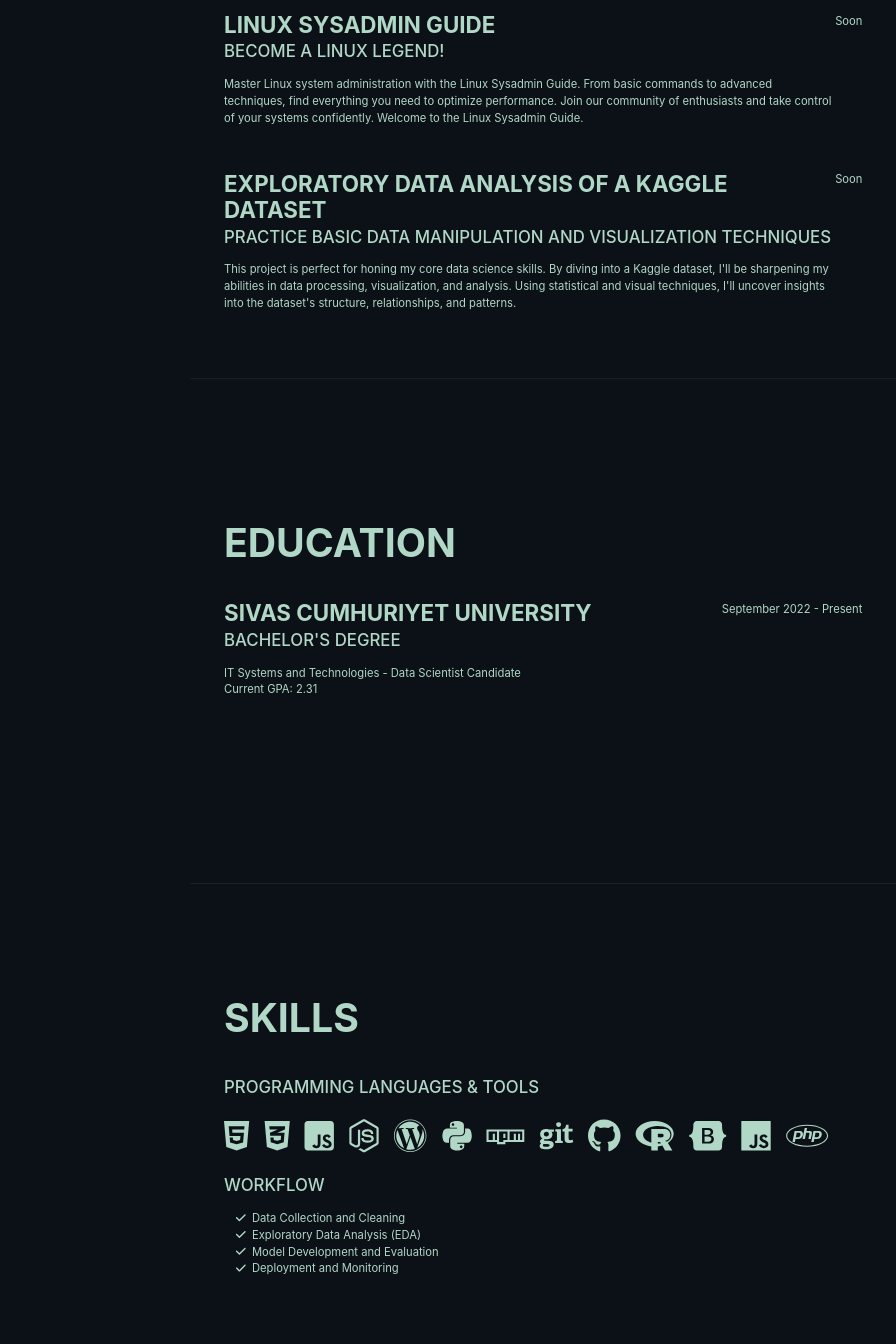
Repository: karsterr/karsterr.github.io
Page: index.html
The author's editor kept a copy of each file at every save. The page is drawn from the files as they stood at one save, then again after the next save.
The browser window is 1280 px wide. The pictures show the part of the page from y = 1391 to 3311 px (the page is 4096 px tall before and 4009 px after), at 70% of full size.
Some web fonts or font styles are not loaded; a fallback is used. Some web libraries are served in a nearby version.

Above is the page before, as saved 2024-05-28 16:32:00.

### index.html
<!DOCTYPE html>
<html lang="en">
    <head>
        <meta charset="utf-8"/>
        <meta name="viewport" content="width=device-width, initial-scale=1, shrink-to-fit=no"/>
        <meta name="description" content=""/>
        <meta name="author" content=""/>
        <title>Efe Can Kara</title>
        <link rel="icon" type="image/x-icon" href="assets/img/KARSTERR.png"/>
        <script src="https://use.fontawesome.com/releases/v6.3.0/js/all.js" crossorigin="anonymous"></script>
        <link href="css/theme.css" rel="stylesheet" type="text/css">
        <link href="https://fonts.googleapis.com/css?family=Saira+Extra+Condensed:500,700" rel="stylesheet" type="text/css"/>
        <link href="https://fonts.googleapis.com/css?family=Muli:400,400i,800,800i" rel="stylesheet" type="text/css"/>
        <link href="css/styles.css" rel="stylesheet"/>
    </head>
    <body id="page-top">
        <!-- Navigation-->
        <nav class="navbar navbar-expand-lg navbar-dark bg-primary fixed-top" id="sideNav"><a class="navbar-brand js-scroll-trigger" href="#page-top"> <span class="d-block d-lg-none">Efe Can Kara</span> <span class="d-none d-lg-block"><img class="img-fluid img-profile rounded-circle mx-auto mb-2" src="assets/img/KARSTERR.png" alt="..."/></span> </a>
            <button class="navbar-toggler" type="button" data-bs-toggle="collapse" data-bs-target="#navbarResponsive" aria-controls="navbarResponsive" aria-expanded="false" aria-label="Toggle navigation">
                <span class="navbar-toggler-icon"></span>
            </button>
            <div class="collapse navbar-collapse" id="navbarResponsive">
                <ul class="navbar-nav">
                    <li class="nav-item">
                        <a class="nav-link js-scroll-trigger" href="#about">About</a>
                    </li>
                    <li class="nav-item">
                        <a class="nav-link js-scroll-trigger" href="#projects">Projects</a>
                    </li>
                    <li class="nav-item">
                        <a class="nav-link js-scroll-trigger" href="#education">Education</a>
                    </li>
                    <li class="nav-item">
                        <a class="nav-link js-scroll-trigger" href="#skills">Skills</a>
                    </li>
                    <li class="nav-item">
                        <a class="nav-link js-scroll-trigger" href="#interests">Interests</a>
                    </li>
                </ul>
            </div>
        </nav>
        <!-- Page Content-->
        <div class="container-fluid p-0">
            <!-- About-->
            <section class="resume-section" id="about">
                <div class="resume-section-content">
                    <h1 class="mb-0">
                        Efe Can <span class="text-primary">Kara</span> </h1>
                    <div class="subheading mb-5">
                        Cumhuriyet Quarter ·  2nd Menekse Street · +90 (531) 454 0564 ·<a href="mailto:name@email.com">efecan_kara@tuta.io</a>
                    </div>
                    <p class="lead mb-5">Experienced Linux enthusiast with a passion for leveraging data to drive insights and innovation. Over the past five years, I've honed my skills in system configuration and troubleshooting, alongside mastering programming languages such as Python and C. My journey into the realms of IoT and data science has fueled my desire to make meaningful contributions in these dynamic fields. As a data scientist, I thrive on extracting actionable insights from complex datasets, employing techniques ranging from statistical analysis to machine learning algorithms. My proficiency in Python enables me to develop robust data pipelines, implement predictive models, and deploy scalable solutions. From kernel configuration to advanced analytics, I'm committed to pushing the boundaries of what's achievable, delivering impactful results at every turn. With a solid foundation in Linux systems and programming, I'm poised to apply my expertise to tackle the challenges of IoT and artificial intelligence. My ultimate goal is to harness the power of data to drive innovation and shape the future of technology.</p>
                    <div class="social-icons"><a target="_blank" class="social-icon" href="https://www.linkedin.com/in/karsterr/"><i class="fab fa-linkedin-in"></i></a><a target="_blank" class="social-icon" href="https://github.com/karsterr"><i class="fab fa-github"></i></a><a target="_blank" class="social-icon" href="https://www.instagram.com/karsterr_/"><i class="fab fa-instagram"></i></a>
                    </div>
                </div>
            </section>
            <hr class="m-0"/>
            <!-- Projects-->
            <section class="resume-section" id="projects">
                <div class="resume-section-content">
                    <h2 class="mb-5">Projects</h2>
                    <div class="d-flex flex-column flex-md-row justify-content-between mb-5">
                        <div class="flex-grow-1">
                            <h3 class="mb-0">KARSTERR's Tech Blog</h3>
                            <div class="subheading mb-3">Blog Site</div>
                            <p>Explore the latest in tech with KARSTERR's Tech Blog. Find reviews, guides, and analyses to stay ahead of the curve. Join our community of enthusiasts and unlock the full potential of innovation. Welcome to KARSTERR's Tech Blog.</p>
                        </div>
                        <div class="flex-shrink-0">
                            <span class="text-primary">May 2024 - Present</span>
                        </div>
                    </div>
                    <div class="d-flex flex-column flex-md-row justify-content-between mb-5">
                        <div class="flex-grow-1">
                            <h3 class="mb-0">Data Science Guide</h3>
                            <div class="subheading mb-3">Data Science Beginner's Guide</div>
                            <p>Explore the Data Science Guide for mastering data analysis techniques. Join our community and unlock the full potential of data science!</p>
                        </div>
                        <div class="flex-shrink-0">
                            <span class="text-primary">Soon</span>
                        </div>
                    </div>
                    <div class="d-flex flex-column flex-md-row justify-content-between mb-5">
                        <div class="flex-grow-1">
                            <h3 class="mb-0">Linux Sysadmin Guide</h3>
                            <div class="subheading mb-3">Become a Linux Legend!</div>
                            <p>Master Linux system administration with the Linux Sysadmin Guide. From basic commands to advanced techniques, find everything you need to optimize performance. Join our community of enthusiasts and take control of your systems confidently. Welcome to the Linux Sysadmin Guide.</p>
                        </div>
                        <div class="flex-shrink-0">
                            <span class="text-primary">Soon</span>
                        </div>
                    </div>
                    <div class="d-flex flex-column flex-md-row justify-content-between">
                        <div class="flex-grow-1">
                            <h3 class="mb-0">Exploratory Data Analysis of a Kaggle Dataset</h3>
                            <div class="subheading mb-3">Practice basic data manipulation and visualization techniques</div>
                            <p>This project is perfect for honing my core data science skills. By diving into a Kaggle dataset, I'll be sharpening my abilities in data processing, visualization, and analysis. Using statistical and visual techniques, I'll uncover insights into the dataset's structure, relationships, and patterns.</p>
                        </div>
                        <div class="flex-shrink-0">
                            <span class="text-primary">Soon</span>
                        </div>
                    </div>
                </div>
            </section>
            <hr class="m-0"/>
            <!-- Education-->
            <section class="resume-section" id="education">
                <div class="resume-section-content">
                    <h2 class="mb-5">Education</h2>
                    <div class="d-flex flex-column flex-md-row justify-content-between mb-5">
                        <div class="flex-grow-1">
                            <h3 class="mb-0">Sivas Cumhuriyet University</h3>
                            <div class="subheading mb-3">Bachelor's Degree</div>
                            <div style="color: #b1d7c6;">IT Systems and Technologies - Data Scientist Candidate</div>
                            <p>Current GPA: 2.31</p>
                        </div>
                        <div class="flex-shrink-0">
                            <span class="text-primary">September 2022 - Present</span>
                        </div>
                    </div>
                </div>
            </section>
            <hr class="m-0"/>
            <!-- Skills-->
            <section class="resume-section" id="skills">
                <div class="resume-section-content" style="color: #b1d7c6;">
                    <h2 class="mb-5">Skills</h2>
                    <div class="subheading mb-3" style="color: #b1d7c6;">Programming Languages & Tools</div>
                    <ul class="list-inline dev-icons" style="color: #b1d7c6;">
                        <li class="list-inline-item">
                            <i class="fab fa-html5"></i>
                        </li>
                        <li class="list-inline-item">
                            <i class="fab fa-css3-alt"></i>
                        </li>
                        <li class="list-inline-item">
                            <i class="fab fa-js-square"></i>
                        </li>
                        <li class="list-inline-item">
                            <i class="fab fa-node-js"></i>
                        </li>
                        <li class="list-inline-item">
                            <i class="fab fa-wordpress"></i>
                        </li>
                        <li class="list-inline-item">
                            <i class="fab fa-python"></i>
                        </li>
                        <li class="list-inline-item">
                            <i class="fab fa-npm"></i>
                        </li>
                        <li class="list-inline-item">
                            <i class="fab fa-git"></i>
                        </li>
                        <li class="list-inline-item">
                            <i class="fab fa-github"></i>
                        </li>
                        <li class="list-inline-item">
                            <i class="fab fa-r-project"></i>
                        </li>
                        <li class="list-inline-item">
                            <i class="fab fa-bootstrap"></i>
                        </li>
                        <li class="list-inline-item">
                            <i class="fab fa-js"></i>
                        </li>
                        <li class="list-inline-item">
                            <i class="fab fa-php"></i>
                        </li>
                    </ul>
                </ul>
                <div class="subheading mb-3" style="color: #b1d7c6;">Workflow</div>
                <ul class="fa-ul mb-0">
                    <li><span class="fa-li"><i class="fas fa-check" style="color: #b1d7c6;"></i></span>
                        Data Collection and Cleaning
                    </li>
                    <li><span class="fa-li" style="color: #b1d7c6;"><i class="fas fa-check"></i></span>
                        Exploratory Data Analysis (EDA)
                    </li>
                    <li><span class="fa-li"><i class="fas fa-check" style="color: #b1d7c6;"></i></span>
                        Model Development and Evaluation
                    </li>
                    <li><span class="fa-li"><i class="fas fa-check" style="color: #b1d7c6;"></i></span>
                        Deployment and Monitoring
                    </li>
                </ul>
        </div>
    </section>
    <hr class="m-0"/>
    <!-- Interests-->
    <section class="resume-section" id="interests" style="color: #b1d7c6;">
        <div class="resume-section-content">
            <h2 class="mb-5">Interests</h2>
            <li class="list-inline-item">
                <i class="fas fa-code fa-2x"></i>
            </li>
            <li class="list-inline-item">
                <i class="fas fa-gamepad fa-2x"></i>
            </li>
            <li class="list-inline-item">
                <i class="fas fa-guitar fa-2x"></i>
            </li>
            <li class="list-inline-item">
                <i class="fas fa-campground fa-2x"></i>
            </li>
            <p>My interests span programming, gaming, bass guitar, and camping. Programming fuels my creativity and problem-solving, gaming offers immersive experiences, bass guitar lets me express myself musically, and camping connects me with nature and adventure.</p>
        </div>
    </section>
    <hr class="m-0"/>
    <!-- Bootstrap core JS-->
    <script src="https://cdn.jsdelivr.net/npm/bootstrap@5.2.3/dist/js/bootstrap.bundle.min.js"></script>
    <!-- Core theme JS-->
    <script src="js/scripts.js"></script>
</body>

### css/theme.css

/*! normalize.css v8.0.1 | MIT License | github.com/necolas/normalize.css */html{line-height:1.15;-webkit-text-size-adjust:100%;}body{margin:0;}main{display:block;}h1{font-size:2em;margin:.67em 0;}hr{box-sizing:content-box;height:0;overflow:visible;}pre{font-family:monospace,monospace;font-size:1em;}a{background-color:transparent;}abbr[title]{border-bottom:none;text-decoration:underline;text-decoration:underline dotted;}b,strong{font-weight:bolder;}code,kbd,samp{font-family:monospace,monospace;font-size:1em;}small{font-size:80%;}sub,sup{font-size:75%;line-height:0;position:relative;vertical-align:baseline;}sub{bottom:-.25em;}sup{top:-.5em;}img{border-style:none;}button,input,optgroup,select,textarea{font-family:inherit;font-size:100%;line-height:1.15;margin:0;}button,input{overflow:visible;}button,select{text-transform:none;}[type=button],[type=reset],[type=submit],button{-webkit-appearance:button;}[type=button]::-moz-focus-inner,[type=reset]::-moz-focus-inner,[type=submit]::-moz-focus-inner,button::-moz-focus-inner{border-style:none;padding:0;}[type=button]:-moz-focusring,[type=reset]:-moz-focusring,[type=submit]:-moz-focusring,button:-moz-focusring{outline:1px dotted ButtonText;}fieldset{padding:.35em .75em .625em;}legend{box-sizing:border-box;color:inherit;display:table;max-width:100%;padding:0;white-space:normal;}progress{vertical-align:baseline;}textarea{overflow:auto;}[type=checkbox],[type=radio]{box-sizing:border-box;padding:0;}[type=number]::-webkit-inner-spin-button,[type=number]::-webkit-outer-spin-button{height:auto;}[type=search]{-webkit-appearance:textfield;outline-offset:-2px;}[type=search]::-webkit-search-decoration{-webkit-appearance:none;}::-webkit-file-upload-button{-webkit-appearance:button;font:inherit;}details{display:block;}summary{display:list-item;}template{display:none;}[hidden]{display:none;}

*, *::before, *::after {
    box-sizing: border-box;
}
:root {
    --primary: #0d6efd;
    --secondary: #6c757d;
    --color3: #0dcaf0;
    --color4: #198754;
    --white: white;
    --light: #f8f9fa;
    --dark: #212529;
}body, html {
    min-height: 100vh;
}

### js/scripts.js
/*!
* Start Bootstrap - Resume v7.0.6 (https://startbootstrap.com/theme/resume)
* Copyright 2013-2023 Start Bootstrap
* Licensed under MIT (https://github.com/StartBootstrap/startbootstrap-resume/blob/master/LICENSE)
*/
//
// Scripts
//

window.addEventListener('DOMContentLoaded', event => {

    // Activate Bootstrap scrollspy on the main nav element
    const sideNav = document.body.querySelector('#sideNav');
    if (sideNav) {
        new bootstrap.ScrollSpy(document.body, {
            target: '#sideNav',
            rootMargin: '0px 0px -40%',
        });
    };

    // Collapse responsive navbar when toggler is visible
    const navbarToggler = document.body.querySelector('.navbar-toggler');
    const responsiveNavItems = [].slice.call(
        document.querySelectorAll('#navbarResponsive .nav-link')
    );
    responsiveNavItems.map(function (responsiveNavItem) {
        responsiveNavItem.addEventListener('click', () => {
            if (window.getComputedStyle(navbarToggler).display !== 'none') {
                navbarToggler.click();
            }
        });
    });

});

Loaded but not shown: css/styles.css (library)

After the next save:
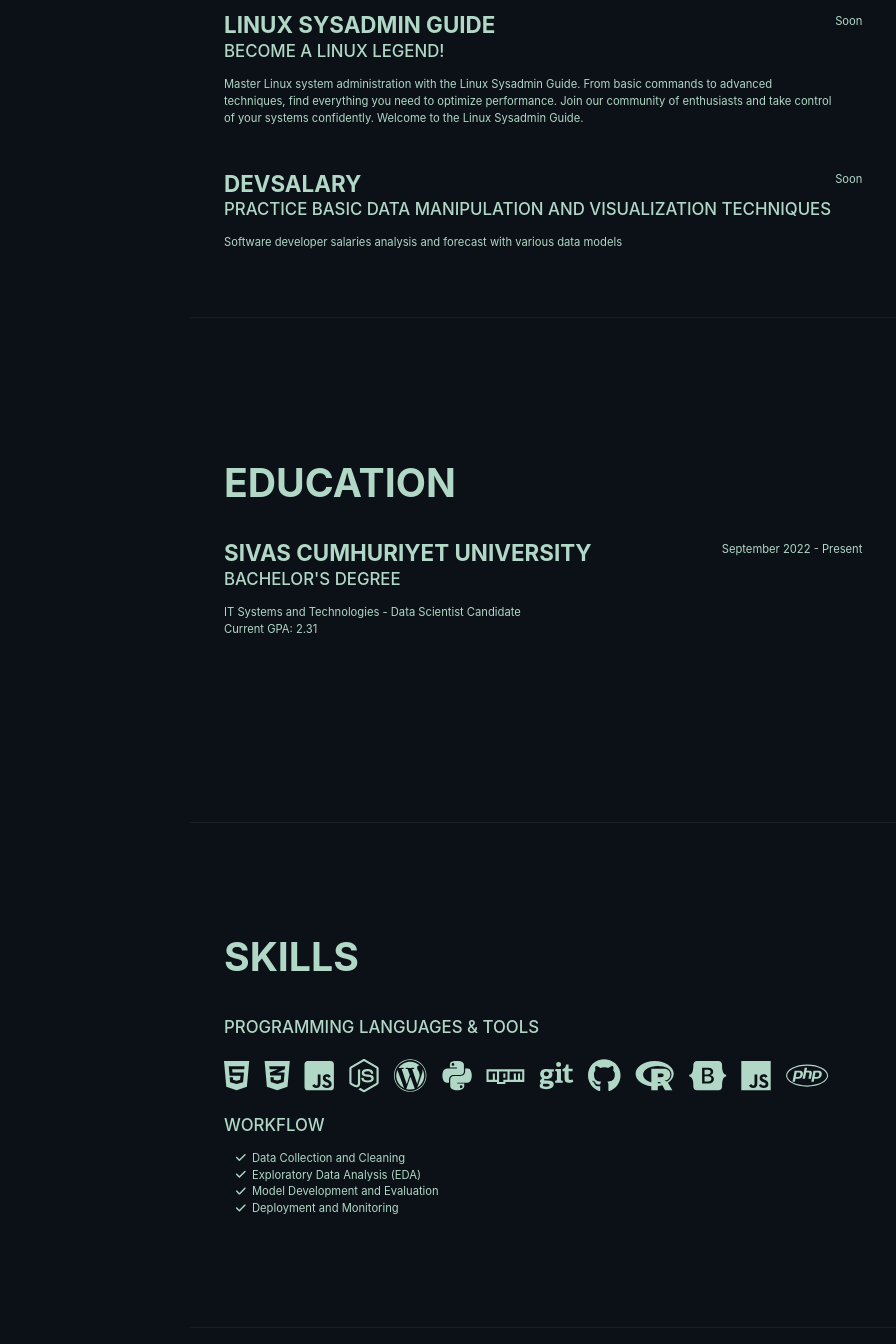
Saved 49 s later.
--- a/index.html
+++ b/index.html
@@ -91,9 +91,9 @@
                     </div>
                     <div class="d-flex flex-column flex-md-row justify-content-between">
                         <div class="flex-grow-1">
-                            <h3 class="mb-0">Exploratory Data Analysis of a Kaggle Dataset</h3>
+                            <h3 class="mb-0">DevSalary</h3>
                             <div class="subheading mb-3">Practice basic data manipulation and visualization techniques</div>
-                            <p>This project is perfect for honing my core data science skills. By diving into a Kaggle dataset, I'll be sharpening my abilities in data processing, visualization, and analysis. Using statistical and visual techniques, I'll uncover insights into the dataset's structure, relationships, and patterns.</p>
+                            <p>Software developer salaries analysis and forecast with various data models</p>
                         </div>
                         <div class="flex-shrink-0">
                             <span class="text-primary">Soon</span>
